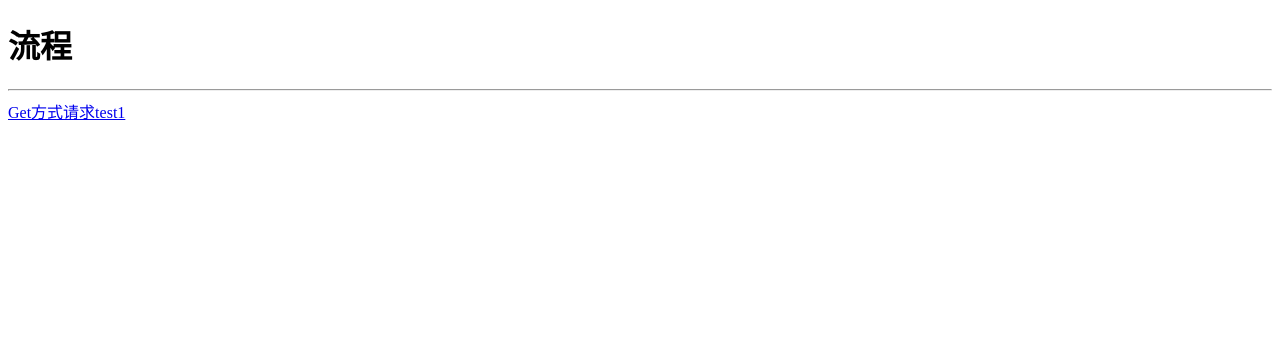
Repository: DFmoon/Servlet
Page: http://localhost/Exercise/3.1_reg.jsp
An editor plug-in stored every save of this project. The page is shown before and after the next save, followed by the edit.
The browser window is 1280 px wide. The pictures show the whole page.
The page is served by Tomcat 9.

Above is the page before, as saved 2018-08-17 08:12:03.

After the next save:
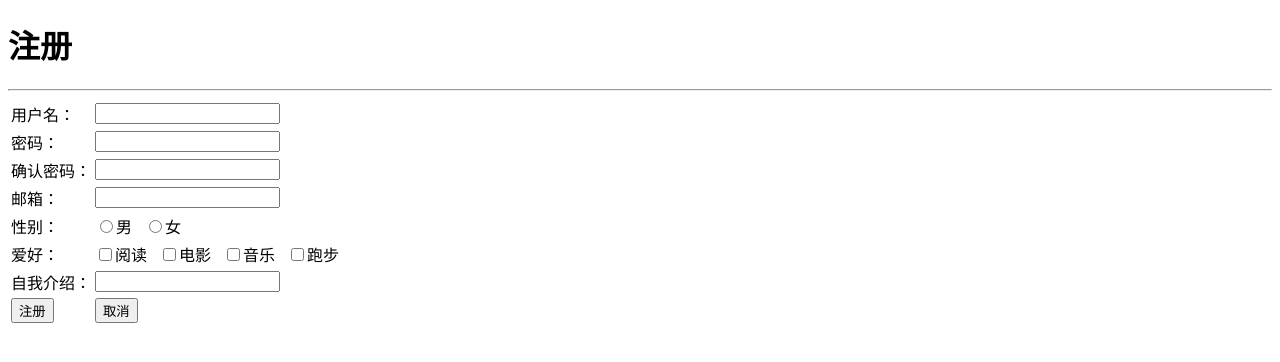
Saved 11 min 59 s later.
--- a/Exercise/WebContent/3.1_reg.jsp
+++ b/Exercise/WebContent/3.1_reg.jsp
@@ -3,14 +3,54 @@
 <html>
 <head>
 <meta http-equiv="Content-Type" content="text/html; charset=utf-8">
-<title>liucheng</title>
+<title>reg</title>
 </head>
 <body>
-	<h1>流程</h1>
+	<h1>注册</h1>
 	<hr>
-
-	<!-- get请求 -->
-	<a href="servlet/test1">Get方式请求test1</a><br>
-
+	<form>
+		<table>
+			<tr>
+				<td>用户名：</td>
+				<td><input type="text" name="username"/></td>
+			</tr>
+			<tr>
+				<td>密码：</td>
+				<td><input type="password" name="password"/></td>
+			</tr>
+			<tr>
+				<td>确认密码：</td>
+				<td><input type="password" name="password"/></td>
+			</tr>
+			<tr>
+				<td>邮箱：</td>
+				<td><input type="text" name="emial"/></td>
+			</tr>
+			<tr>
+				<td>性别：</td>
+				<td>
+					<input type="radio" name="sex" value="man"/>男&nbsp;&nbsp;
+					<input type="radio" name="sex" value="woman"/>女&nbsp;&nbsp;
+				</td>
+			</tr>
+			<tr>
+				<td>爱好：</td>
+				<td>
+					<input type="checkbox" name="favorite" value="read"/>阅读&nbsp;&nbsp;
+					<input type="checkbox" name="favorite" value="movie"/>电影&nbsp;&nbsp;
+					<input type="checkbox" name="favorite" value="music"/>音乐&nbsp;&nbsp;
+					<input type="checkbox" name="favorite" value="run"/>跑步&nbsp;&nbsp;
+				</td>
+			</tr>
+			<tr>
+				<td>自我介绍：</td>
+				<td><input type="text" name="intro"/></td>
+			</tr>
+			<tr>
+				<td><input type="submit" value="注册"/></td>
+				<td><input type="reset" value="取消" /></td>
+			</tr>
+		</table>
+	</form>
 </body>
 </html>
